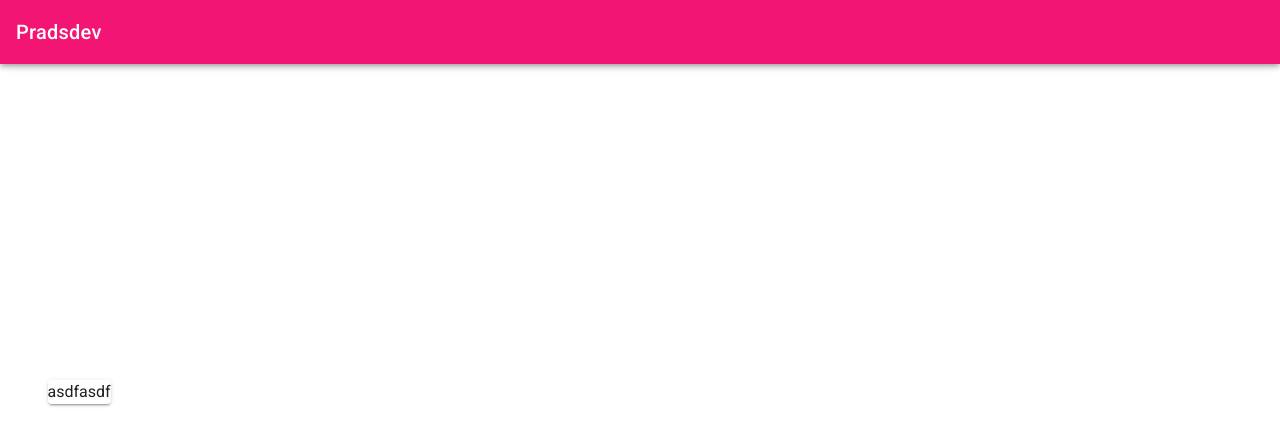
Repository: pradsdev/vue-form-validate
Page: /
An editor plug-in stored every save of this project. The page is shown before and after the next save, followed by the edit.
The browser window is 1280 px wide. The pictures show the whole page.
The project was rebuilt for these pictures with package versions that can differ from the ones it lists, and the page was loaded fresh each time. Also part of the build but not shown: vue.config.js.

Above is the page before, as saved 2020-12-21 22:44:56.

After the next save:
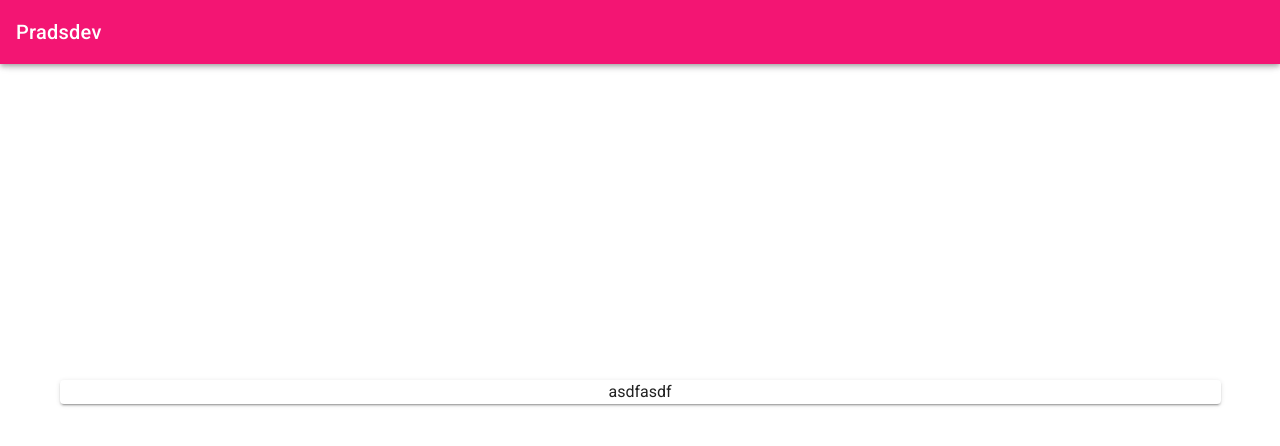
Saved 27 s later.
--- a/src/components/HelloWorld.vue
+++ b/src/components/HelloWorld.vue
@@ -1,9 +1,11 @@
 <template>
   <v-container fill-height>
     <v-row class="text-center">
-      <v-card>
+      <v-col cols="12">
+        <v-card>
         asdfasdf
       </v-card>
+      </v-col>
     </v-row>
   </v-container>
 </template>
